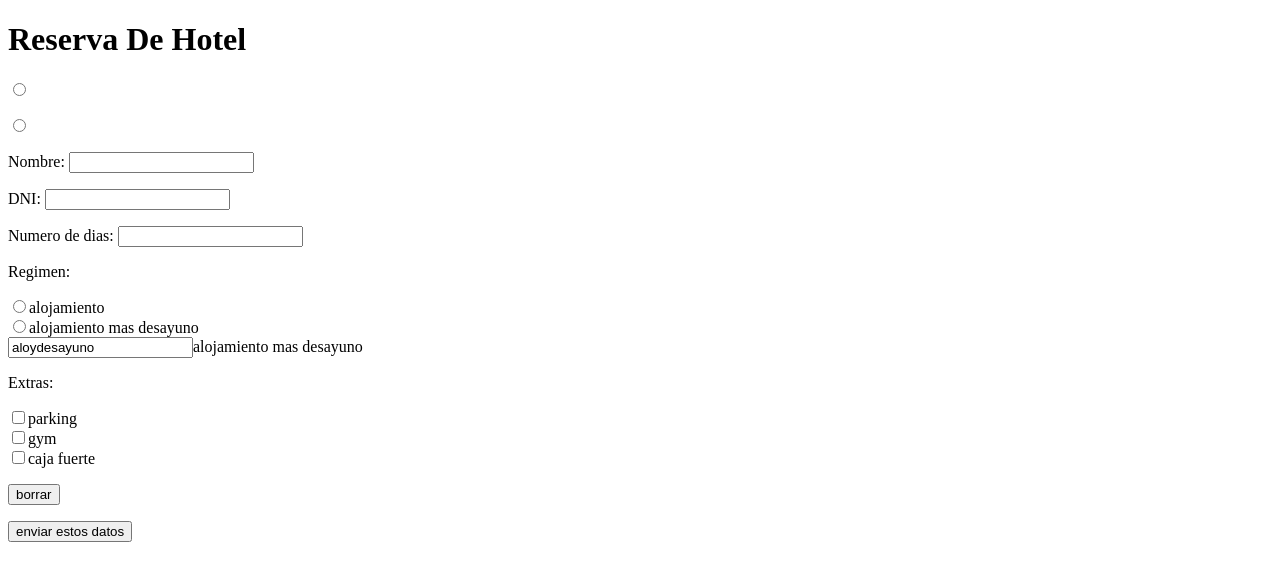
Repository: weertop/2DAW
Page: http://localhost/Formularios/hotel.jsp
These files come from the project's save history. The page is drawn as it stood at one moment and after the next save; the edit follows.
The browser window is 1280 px wide. The pictures show the whole page.
The page is served by Tomcat 9.

Above is the page before, as saved 2019-10-02 10:50:16.

After the next save:
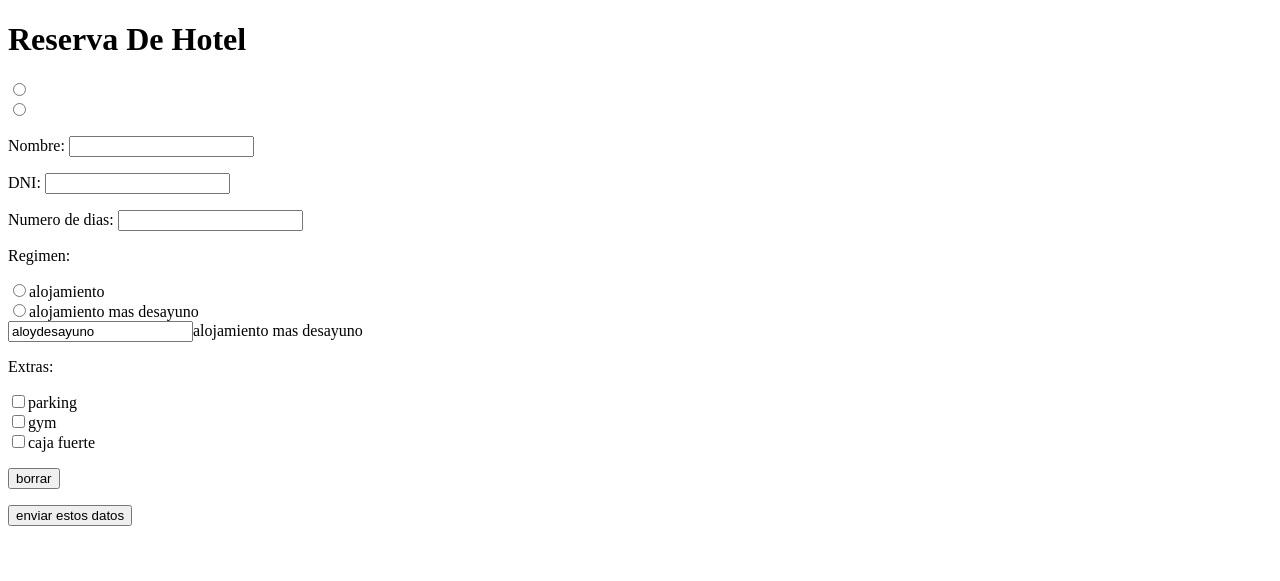
Saved 11 s later.
--- a/DWServidor/eclipse-workspace-photom/Formularios/WebContent/hotel.jsp
+++ b/DWServidor/eclipse-workspace-photom/Formularios/WebContent/hotel.jsp
@@ -16,7 +16,7 @@
 	<form action="destinoHotel" method="post">
 		<%
 		for(int i=0;i<hoteles.length;i++){%>
-			<p><input type="radio" name="hotel" value="<%=hoteles[i]%>"/></p>
+			<input type="radio" name="hotel" value="<%=hoteles[i]%>"/><br/>
 		<%} %>
 
 
